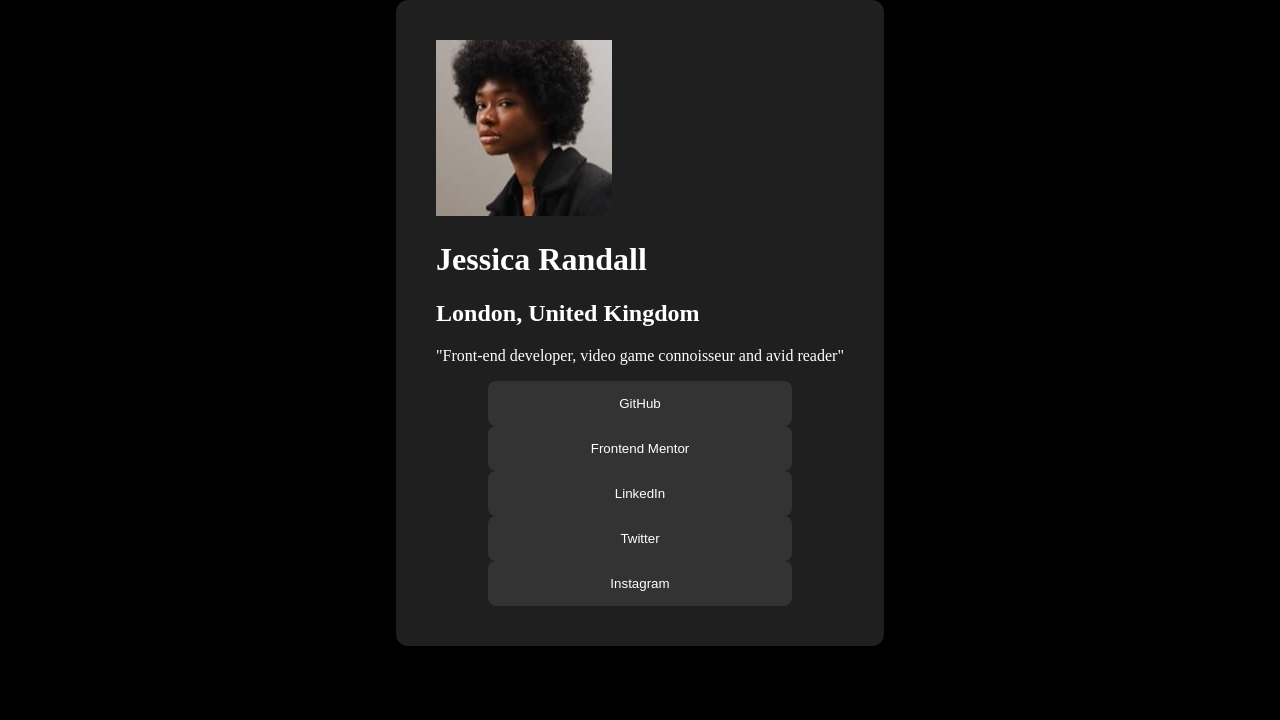
Repository: brandontaylor1/social-links-profile
Page: index.html
These files come from the project's save history. The page is drawn as it stood at one moment and after a run of saves; the edit follows.
The browser window is 1280 px wide. The pictures show the whole page.

Above is the page before, as saved 2024-12-25 17:08:09.

### index.html
<!DOCTYPE html>
<html lang="en">
<head>
    <meta charset="UTF-8">
    <meta name="viewport" content="width=device-width, initial-scale=1.0">
    <link rel="preconnect" href="https://fonts.googleapis.com">
    <link rel="preconnect" href="https://fonts.gstatic.com" crossorigin>
    <link href="https://fonts.googleapis.com/css2?family=Inter:ital,opsz,wght@0,14..32,100..900;1,14..32,100..900&display=swap" rel="stylesheet">
    <link rel="stylesheet" href="styles.css">
    <title>Social Links Profile</title>
</head>
<body>
    <main class="container">
        <div class="profile-content">
            <div class="img-container">
                <img src="./images/avatar-jessica.jpeg" alt="profile-pic">
            </div>
            <div class="profile-text">
                <h1>Jessica Randall</h1>
                <h2>London, United Kingdom</h2>
            </div>
            <p>"Front-end developer, video game connoisseur and avid reader"</p>
        </div>
        <div class="social-link-button-container">
            <button class="social-link-button"><a href="#">GitHub</a></button>
            <button class="social-link-button"><a href="#">Frontend Mentor</a></button>
            <button class="social-link-button"><a href="#">LinkedIn</a></button>
            <button class="social-link-button"><a href="#">Twitter</a></button>
            <button class="social-link-button"><a href="#">Instagram</a></button>
        </div>
    </main>

    <script src="index.js"></script>
</body>
</html>

### styles.css
:root {
    --gray-900: #141414;
    --gray-800: #1F1F1F;
    --gray-700: #333333;

    --color-white: #FFFFFF;
    --color-black: #000000;

    --color-green: #C4F82A;

}

body {
    box-sizing: border-box;
    margin: 0;
    padding: 0;
    background-color: black;
    display: flex;
    justify-content: center;
    align-items: center;
    background-color: var(--color-black);
}

.container {
    background-color: var(--gray-800);
    color: var(--color-white);
    display: flex;
    flex-direction: column;
    justify-content: center;
    align-items: center;
    border-radius: 12px;
    padding: 40px;
}


.social-link-button-container {
    display: flex;
    flex-direction: column;
    justify-content: center;
    align-items: center;

}

.social-link-button {
    width: 304px;
    height: 45px;
    background-color: var(--gray-700);
    border: none;
    border-radius: 8px;

}

a {
    text-decoration: none;
    color: var(--color-white);
}

Loaded but not shown: index.js (no stored copy; drawn as an empty file)

After the next 2 saves:
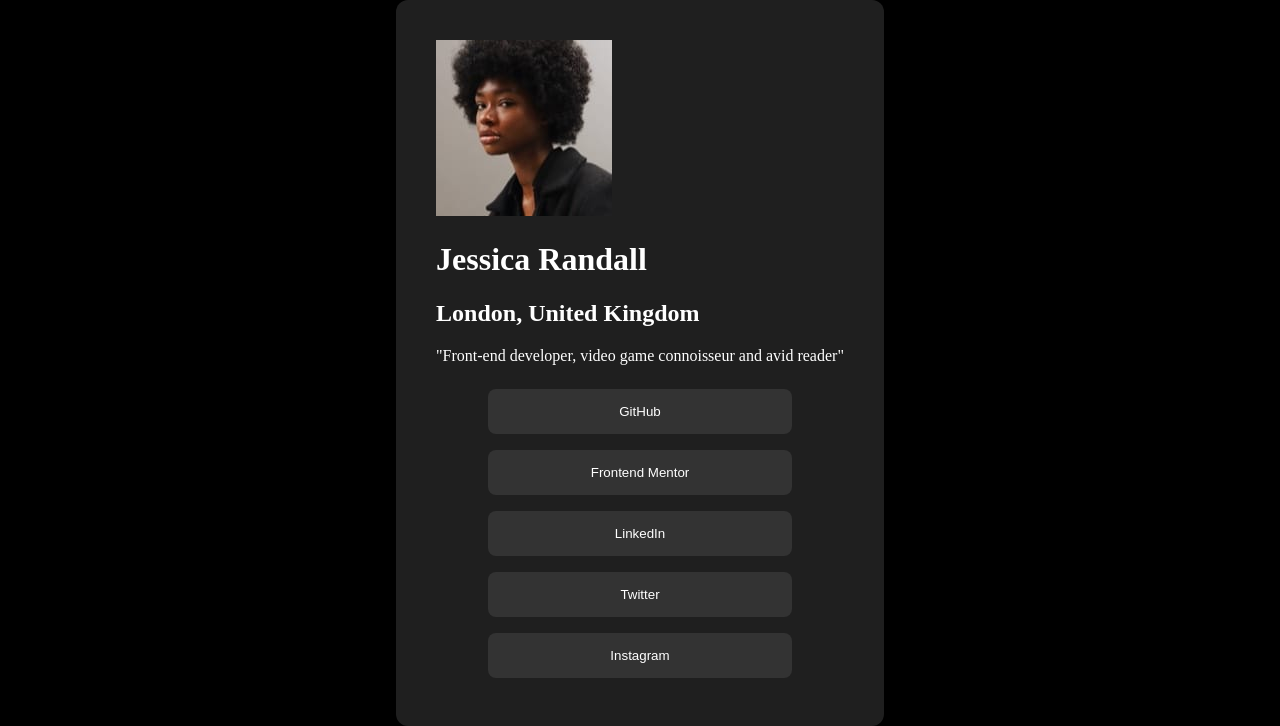
The 2 saves are shown as one change because they came seconds apart.
The last was saved 7 s later.
--- a/styles.css
+++ b/styles.css
@@ -47,7 +47,7 @@ body {
     background-color: var(--gray-700);
     border: none;
     border-radius: 8px;
-
+    margin: 8px;
 }
 
 a {
